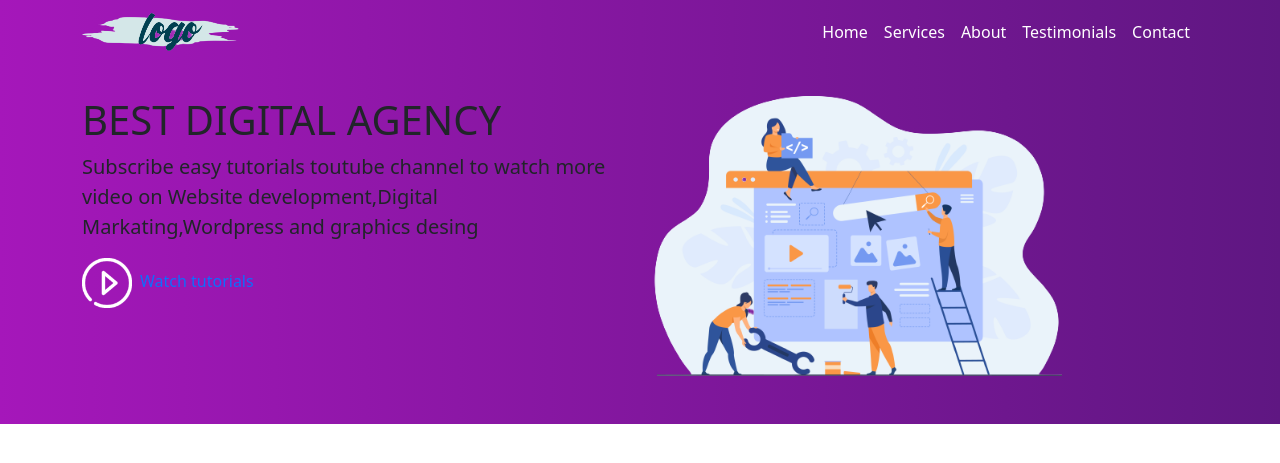
Repository: zjria/PSD-to-HTML-DIGITAL-AGENCY
Page: index.html
An editor plug-in stored every save of this project. The page is shown before and after the next save, followed by the edit.
The browser window is 1280 px wide. The pictures show the whole page.
Some web libraries are served in a nearby version.

Above is the page before, as saved 2022-05-09 09:57:27.

### index.html
<!doctype html>
<html lang="en">
  <head>
    <!-- Required meta tags -->
    <meta charset="utf-8">
    <meta name="viewport" content="width=device-width, initial-scale=1">
    <title>DIGITAL AGENCY</title>
    <!-- Bootstrap CSS -->
    <link href="https://cdn.jsdelivr.net/npm/bootstrap@5.0.2/dist/css/bootstrap.min.css" rel="stylesheet">
    <!-- Font awesome link-->
    <link rel="stylesheet" href="https://cdnjs.cloudflare.com/ajax/libs/font-awesome/6.1.1/css/all.min.css">
    <!-- custom CSS  -->
    <link rel="stylesheet" href="css/style.css">
  </head>
  <body>
    <!-- Navbar Section Start -->
    <section class="header">
        <nav class="navbar navbar-expand-md fixed-top">
            <div class="container">
                <a href="#" class="navbar-brand">
                    <img src="img/h_logo.png" alt="" class="menu-icon img-fluid w-50">
                </a>
                <button class="navbar-toggler" data-bs-target="#menunavbarlink" data-bs-toggle="collapse" type="button">
                    <span class="navbar-toggler-icon"></span>
                </button>
                <div class="collapse navbar-collapse " id="menunavbarlink">
                  <ul class="navbar-nav ms-auto ">
                    <li class="nav-item ">
                      <a href="#Home" class="nav-link text-white">Home</a>
                    </li>
                    <li class="nav-item">
                      <a href="#Services" class="nav-link text-white">Services</a>
                    </li>
                    <li class="nav-item">
                      <a href="#About" class="nav-link text-white">About</a>
                    </li>
                    <li class="nav-item">
                      <a href="#Testimonials" class="nav-link text-white" >Testimonials</a>
                    </li>
                    <li class="nav-item">
                      <a href="#Contact" class="nav-link text-white">Contact</a>
                    </li>
                  </ul>
                </div>
            </div>
        </nav>
    </section>
    <!-- Navbar Section END -->
    <!-- Navbar Section Start -->
    <div class="p-5 py-5 mt-5" id="baner">
      <div class="container">
        <div class="row">
          <div class="col-md-6">
            <h1>BEST DIGITAL AGENCY</h1>
            <p class="lead">Subscribe easy tutorials toutube channel to watch more video on Website development,Digital Markating,Wordpress and graphics desing</p>
            <a href="#"><img src="img/play.png" class="img-fluid me-2 " alt=""><span>Watch tutorials</span></a>
          </div>
          <div class="col-md-6">
            <img src="img/heder_logo.png" class="img-fluid w-75" alt="">
          </div>
        </div>
      </div>
    </div>
    <!-- Navbar Section END -->






    <!-- Optional JavaScript; choose one of the two! -->
    <!-- Option 1: Bootstrap Bundle with Popper -->
    <script src="https://cdn.jsdelivr.net/npm/bootstrap@5.0.2/dist/js/bootstrap.bundle.min.js"></script>
  </body>
</html>

### css/style.css
.navbar{
    background-image: linear-gradient(to right, #a517ba,#5f1782)!important;
}
#baner{
    background-image: linear-gradient(to right, #a517ba,#5f1782)
}
#baner a img{
    width: 50px;
}
#baner a{
    text-decoration: none;
}

After the next save:
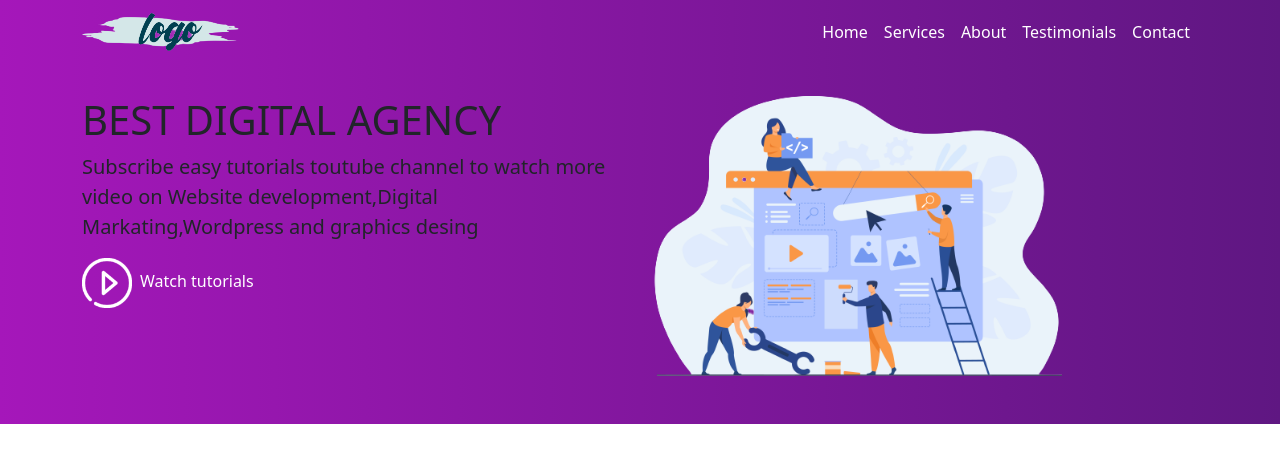
Saved 17 s later.
--- a/css/style.css
+++ b/css/style.css
@@ -9,4 +9,5 @@
 }
 #baner a{
     text-decoration: none;
+    color: white;
 }
